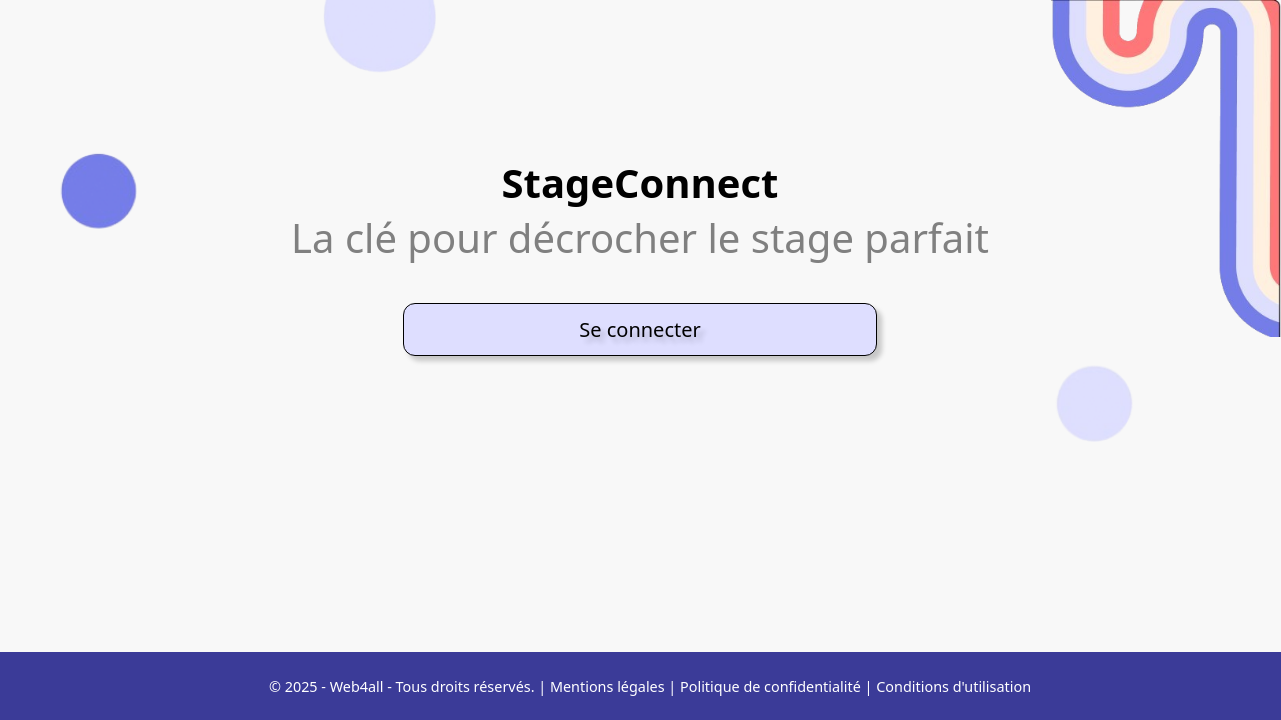
Repository: Guyllem/GroupeWeb
Page: index.html
The author's editor kept a copy of each file at every save. The page is drawn from the files as they stood at one save, then again after the next save.
The browser window is 1280 px wide. The page is 1281 px wide, so the pictures cover 1281 px, including what lies to the right of the window. The pictures show the whole page.

Above is the page before, as saved 2025-02-13 17:20:20.

### index.html
<!DOCTYPE html>
<html lang="fr">
  <head>
    <meta charset="UTF-8" />
    <meta name="viewport" content="width=device-width, initial-scale=1.0" />
    <title>Stage Connect</title>
    <link rel="stylesheet" href="styles.css" />
  </head>
  <body>
    <header>
      <img class="bulle1" src="img/bulle1.png" alt="bulle1">
      <img class="arc-en-ciel" src="img/arc en ciel.png" alt="arc en ciel">
      <h1 class="titre">StageConnect</h1>
      <img class="bulle2" src="img/bulle2.png" alt="bulle2">
      <p class="slogan">La clé pour décrocher le stage parfait</p>
    </header>
    <main>
      <a href="#" class="btn-connexion">Se connecter</a>
      <img src="img/bulle3.png" alt="bulle3" class="bulle3">
    </main>
    <footer>
      <p>
        © 2025 - Web4all - Tous droits réservés. |
        <a href="#">Mentions légales</a> |
        <a href="#">Politique de confidentialité</a> |
        <a href="#">Conditions d'utilisation</a>
      </p>
    </footer>
  </body>
</html>

### styles.css
body {
    font-family: system-ui, -apple-system, BlinkMacSystemFont, 'Segoe UI', Roboto, Oxygen, Ubuntu, Cantarell, 'Open Sans', 'Helvetica Neue', sans-serif;
    text-align: center;
    background: #f8f8f8;
    margin: 0;
    padding: 0;
    position: relative;
    overflow: hidden;
}

.titre {
    font-size: 2.5em;
    margin-top: 5%;
    margin-bottom: 0;
}

.slogan {
    color: gray;
    font-size: 2.5em;
    margin-bottom: 3%;
    margin-top: 0;
}

.btn-connexion {
    display: inline-block;
    padding: 12px 175px;
    background-color: #dedeff;
    color: black;
    text-decoration: none;
    border-radius: 12px;
    border: 1px solid #000;
    box-shadow: 5px 5px 5px rgba(0, 0, 0, 0.2);
    font-size: 1.25em;
    text-shadow: 5px 5px 5px rgba(0, 0, 0, 0.2);
}

footer {
    background-color: #3b3b98;
    color: white;
    font-size: 0.9em;
    padding: 10px;
    position: fixed;
    bottom: 0;
    width: 100%;
}

footer a {
    color: white;
    text-decoration: none;
}

.arc-en-ciel{
    position: absolute;
    right: -0.1%;
    top: 0;
    width: 18%;
    height: auto;
    margin: 0;
    padding: 0;
}


.bulle1{
    position:relative;
    margin: 0;
    padding: 0;
    width: 11%;
    height: auto;
    right: 20%;
}

.bulle2{
    position:absolute;
    margin: 0;
    padding: 0;
    width: 8%;
    right: 88%;
    top: 40%;
}

.bulle3{
    position:absolute;
    margin: 0;
    padding: 0;
    width: 9%;
    right: 10%;
    top: 100%;
}

After the next save:
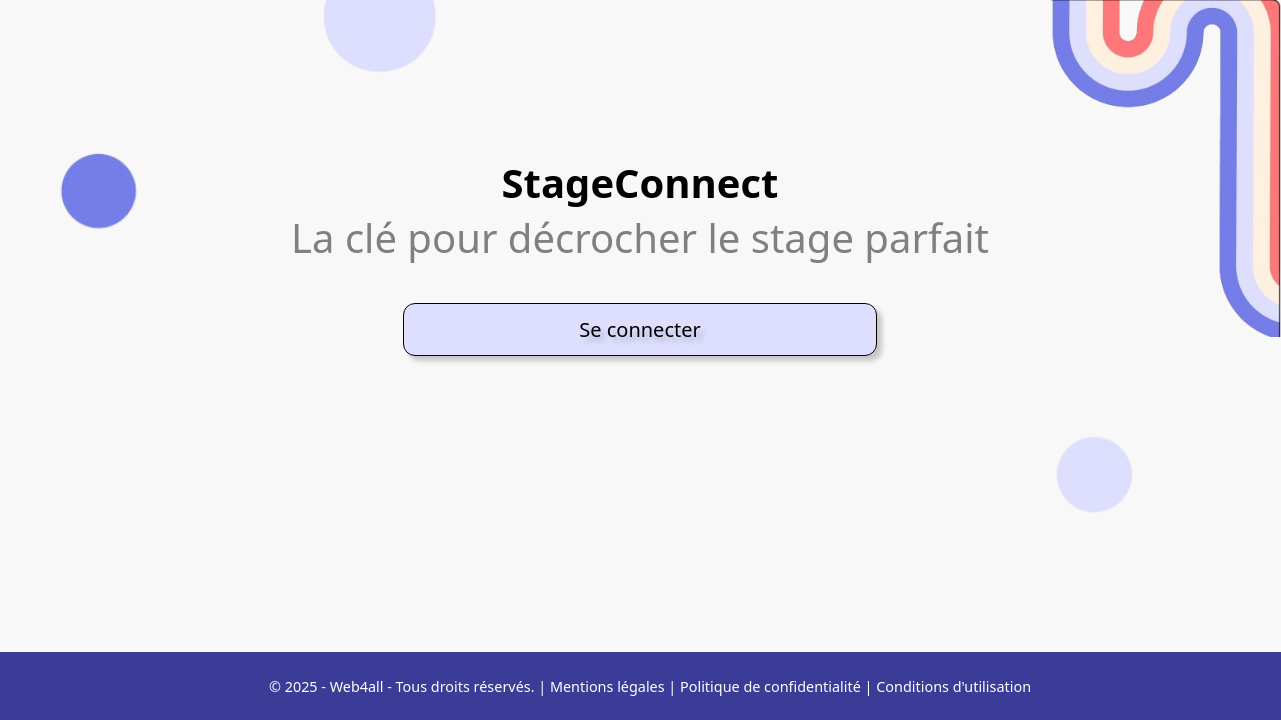
Saved 6 s later.
--- a/styles.css
+++ b/styles.css
@@ -84,5 +84,5 @@
     padding: 0;
     width: 9%;
     right: 10%;
-    top: 100%;
+    top: 120%;
 }
